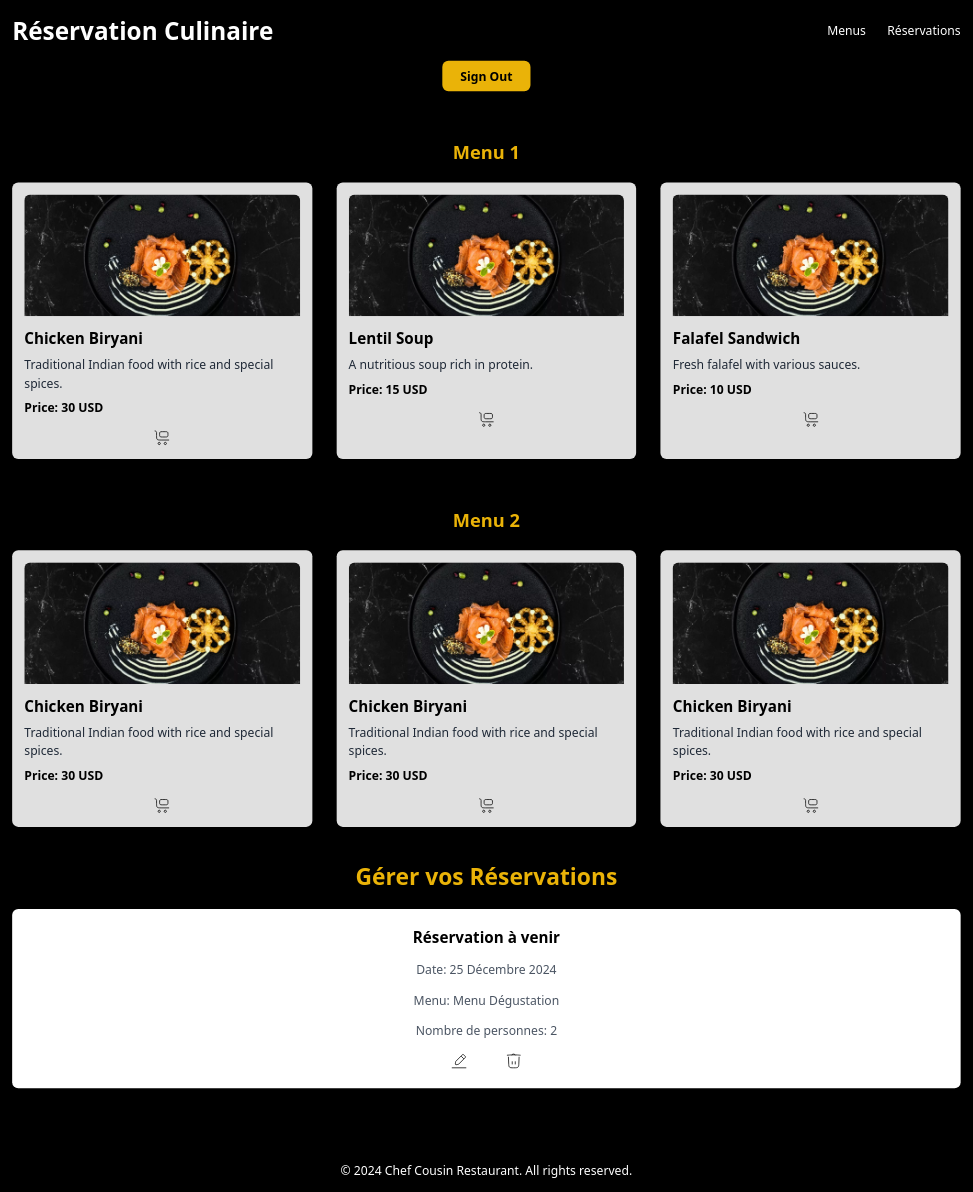
Repository: HamzaChehlaoui/Site-Web-pour-un-Chef-Cuisinier
Page: http://localhost/menuutil.php
These files come from the project's save history. The page is drawn as it stood at one moment and after the next save; the edit follows.
The browser window is 1280 px wide. The pictures show the whole page, at 76% of full size.
Some web libraries are served in a nearby version. The page is run by PHP 8.4 with error messages shown; the project is at /var/www/html/.

Above is the page before, as saved 2024-12-18 17:19:52.

After the next save:
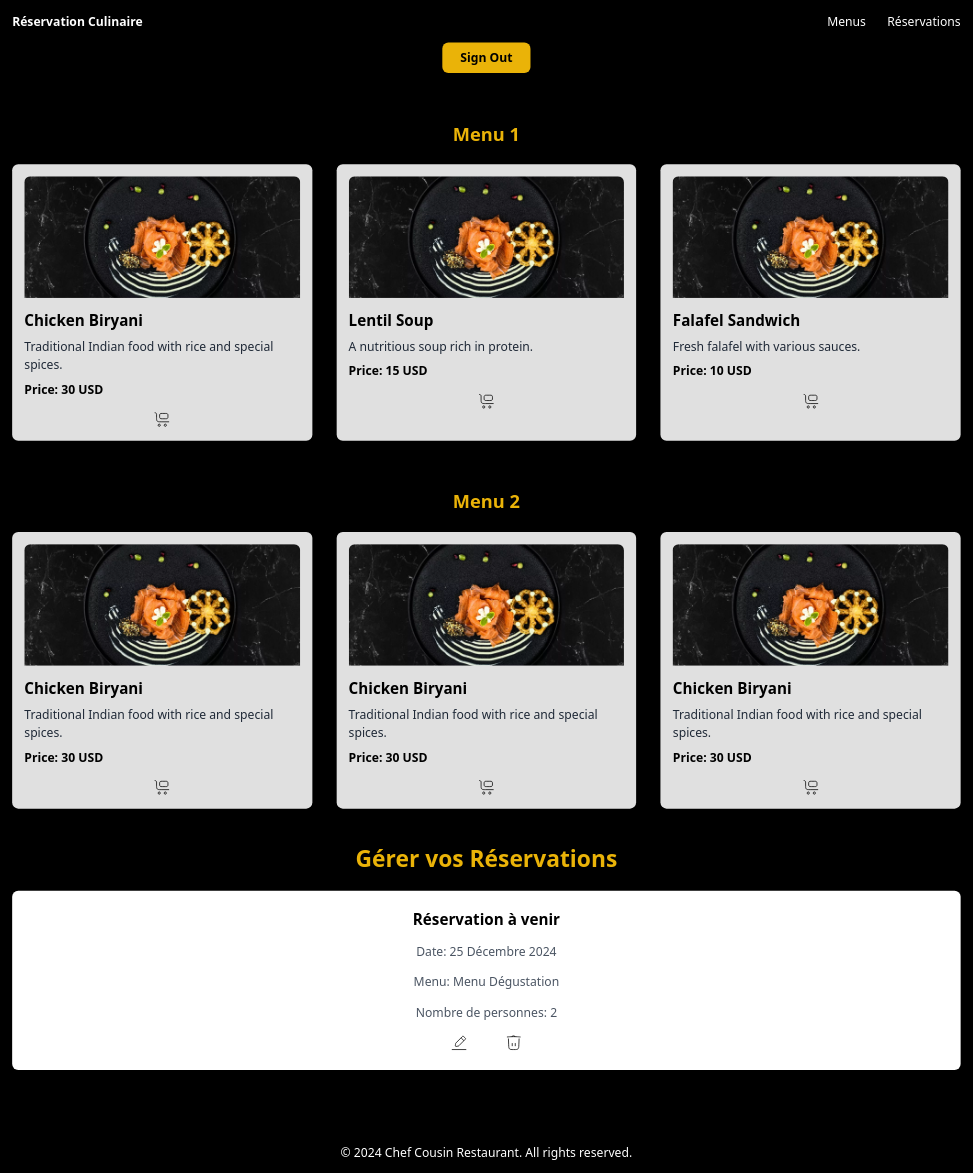
Saved 12 s later.
--- a/menuutil.php
+++ b/menuutil.php
@@ -10,7 +10,7 @@
     <!-- Navbar -->
     <header class="bg-black text-white p-4">
         <div class="max-w-7xl mx-auto flex justify-between items-center">
-            <h1 class="text-[2rem] font-semibold">Réservation Culinaire</h1>
+            <h1 class="text-[1rem] font-semibold">Réservation Culinaire</h1>
             <nav class="space-x-6">
                 <a href="#menus" class="hover:text-gray-300">Menus</a>
                 <a href="#reservations" class="hover:text-gray-300">Réservations</a>
